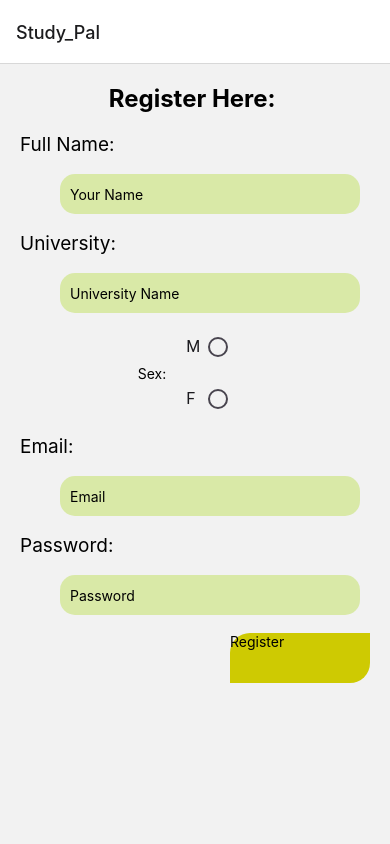
Repository: abdurehmanali611/Study-Pal
Screen: /
The author's editor kept a copy of each file at every save. The screen is drawn from the files as they stood at one save, then again after the next save.
The app was drawn by React Native's web renderer in a window 390 px wide. The project was rebuilt for these pictures with package versions that can differ from the ones it lists, and the page was loaded fresh each time. Also part of the build but not shown: Front_Pages/Home.js, Screens/Softwareeng.js, Screens/Computersci.js, Screens/Informationsci.js, Screens/Informationtech.js, Screens/Softwarecards.js, Screens/Computercards.js, Screens/Sciencecards.js and 4 more.

Above is the screen before, as saved 2024-01-23 22:28:19.

### App.js
import { createStackNavigator } from "@react-navigation/stack";
import { NavigationContainer } from "@react-navigation/native";
import Sign_Up from "./Front_Pages/Sign_Up";
import Home from "./Front_Pages/Home";
import Softwareeng from "./Screens/Softwareeng";
import Computersci from "./Screens/Computersci";
import Informationsci from "./Screens/Informationsci";
import Informationtech from "./Screens/Informationtech";
import Softwarecards from "./Screens/Softwarecards";
import Computercards from "./Screens/Computercards";
import Sciencecards from "./Screens/Sciencecards";
import Technologycards from "./Screens/Technologycards";
import About_Us from "./Profile_pages/About_Us";
import Contacts from "./Profile_pages/Contacts";
import Setting from "./Profile_pages/Setting";

const stack = createStackNavigator();

const App = () => {

  return  <NavigationContainer>
       <stack.Navigator initialRouteName="Sign">
       <stack.Screen name="Sign" component={Sign_Up} options={{title: 'Study_Pal'}} />
       <stack.Screen name ="Home" component={Home} options={{title: 'Study_Pal'}}/>
       <stack.Screen name="software" component={Softwareeng} options={{title: 'Study_Pal'}}/>
       <stack.Screen name="softwarecard" component={Softwarecards} options={{title: 'Study_Pal'}}/>
       <stack.Screen name="computer" component={Computersci} options={{title: 'Study_Pal'}}/>
       <stack.Screen name="computercard" component={Computercards} options={{title: 'Study_Pal'}}/>
       <stack.Screen name="information" component={Informationsci} options={{title: 'Study_Pal'}}/>
       <stack.Screen name="informationcard" component={Sciencecards} options={{title: 'Study_Pal'}}/>
       <stack.Screen name="technology" component={Informationtech} options={{title: 'Study_Pal'}}/>
       <stack.Screen name="technologycard" component={Technologycards} options={{title: 'Study_Pal'}}/>
       <stack.Screen name="about" component={About_Us} options={{title: 'Study_Pal'}}/>
       <stack.Screen name="contact" component={Contacts} options={{title: 'Study_Pal'}}/>
       <stack.Screen name="setting" component={Setting} options={{title: 'Study_Pal'}}/>
       </stack.Navigator>
   </NavigationContainer>
}

export default App

### Front_Pages/Sign_Up.js
import { View, Text, TextInput, StyleSheet, ScrollView, TouchableOpacity, Alert } from 'react-native'
import React, { useState, useLayoutEffect } from 'react'
import {RadioButton} from 'react-native-paper'

const Sign_Up = ({navigation}) => {

   const [sex, setSex] = useState('')
   const [name, setName] = useState('')
   const [university, setUniversity] = useState('')
   const [email, setEmail] = useState('')
   const [password, setPassword] = useState('')

   const register = () => {

      if (name == '' || name.startsWith('_') ) {

        Alert.alert(
            'Invalid Input',
            'You have entered an invalid input',
            [
                {text: 'OK'}
        ]
        )
      }else {
           navigation.navigate('Home')
      }
   }

  return <ScrollView
      showsVerticalScrollIndicator = {false}
      style = {styles.overall}>
         <View style = {styles.title}>
            <Text style = {styles.texttitle}>Register Here: </Text>
         </View>
         <View>
            <Text style = {styles.objecttext}>Full Name: </Text>
            <TextInput
            value={name}
            onChangeText={(newname) => setName(newname)}
            style = {styles.textinput}
            placeholder='Your Name'
            textContentType='name'
            />
         </View>
         <View>
            <Text style = {styles.objecttext}>University: </Text>
            <TextInput
            value={university}
            onChangeText={(newuniversity) => setUniversity(newuniversity)}
            style = {styles.textinput}
            placeholder='University Name'
            textContentType='name'
            />
         </View>
         <View style = {{flexDirection: 'row', alignSelf: 'center'}}>
            <View style = {{justifyContent: 'center'}}>
               <Text>Sex: </Text>
            </View>
            <View>
          <RadioButton.Group
          value={sex}
          onValueChange={(yoursex) => setSex(yoursex)}
          >
             <RadioButton.Item
             label='M'
             value='male'
             color='green'
             />
             <RadioButton.Item
             label='F'
             value='female'
             color='red'
             />
          </RadioButton.Group>
          </View>
         </View>
         <View>
         <View>
            <Text style = {styles.objecttext}>Email: </Text>
            <TextInput
            value={email}
            onChangeText={(newemail) => setEmail(newemail)}
            style = {styles.textinput}
            placeholder='Email'
            textContentType='emailAddress'
            />
         </View>
         <View>
            <Text style = {styles.objecttext}>Password: </Text>
            <TextInput
            value={password}
            onChangeText={(newpassword) => setPassword(newpassword)}
            style = {styles.textinput}
            placeholder='Password'
            textContentType='password'
            />
         </View>
         </View>
         <View>
          <TouchableOpacity
          style = {styles.press}
          onPress={register}
          >
             <Text>
                Register
             </Text>
          </TouchableOpacity>
         </View>
        </ScrollView>

}

const randomRGB = () => {

   const red = Math.floor(Math.random() * 256)
   const green = Math.floor(Math.random() * 256)
   const blue = Math.floor(Math.random() * 256)

   return `rgb(${red},${green}, ${blue})`
}

const styles = StyleSheet.create ({

    overall : {
       marginVertical: 10,
       marginHorizontal: 20
    },
    title : {
        alignItems: 'center',
        marginVertical: 10
    },
    texttitle : {
        fontSize: 24,
        fontWeight: 'bold'
    },
    objecttext : {
        fontSize: 19,
        marginVertical: 10
    },
    textinput : {
        marginHorizontal: 40,
        borderRadius: 15,
        backgroundColor: randomRGB(),
        width: 300,
        height: 40,
        paddingLeft: 10,
        marginVertical: 8
    },
    press : {
      backgroundColor: randomRGB(),
      height: 50,
      width: 140,
      marginVertical: 10 ,
      borderTopLeftRadius: 20,
      borderBottomRightRadius: 20,
      alignSelf: 'flex-end',

    }
})

export default Sign_Up

After the next save:
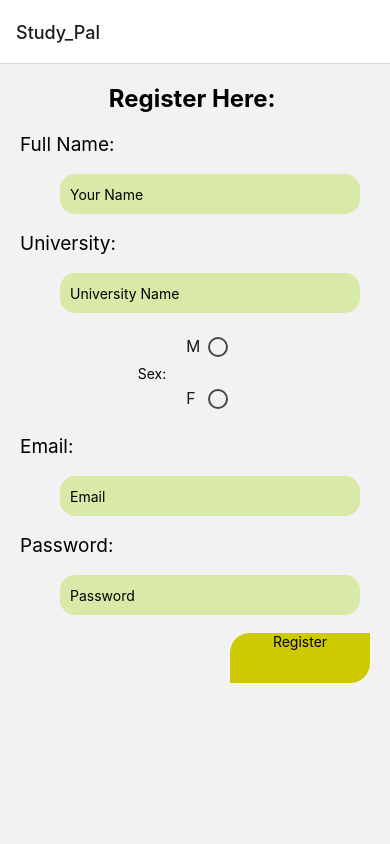
Saved 9 s later.
--- a/Front_Pages/Sign_Up.js
+++ b/Front_Pages/Sign_Up.js
@@ -154,7 +154,7 @@ const styles = StyleSheet.create ({
       borderTopLeftRadius: 20,
       borderBottomRightRadius: 20,
       alignSelf: 'flex-end',
-
+      alignItems: 'center'
     }
 })
 
